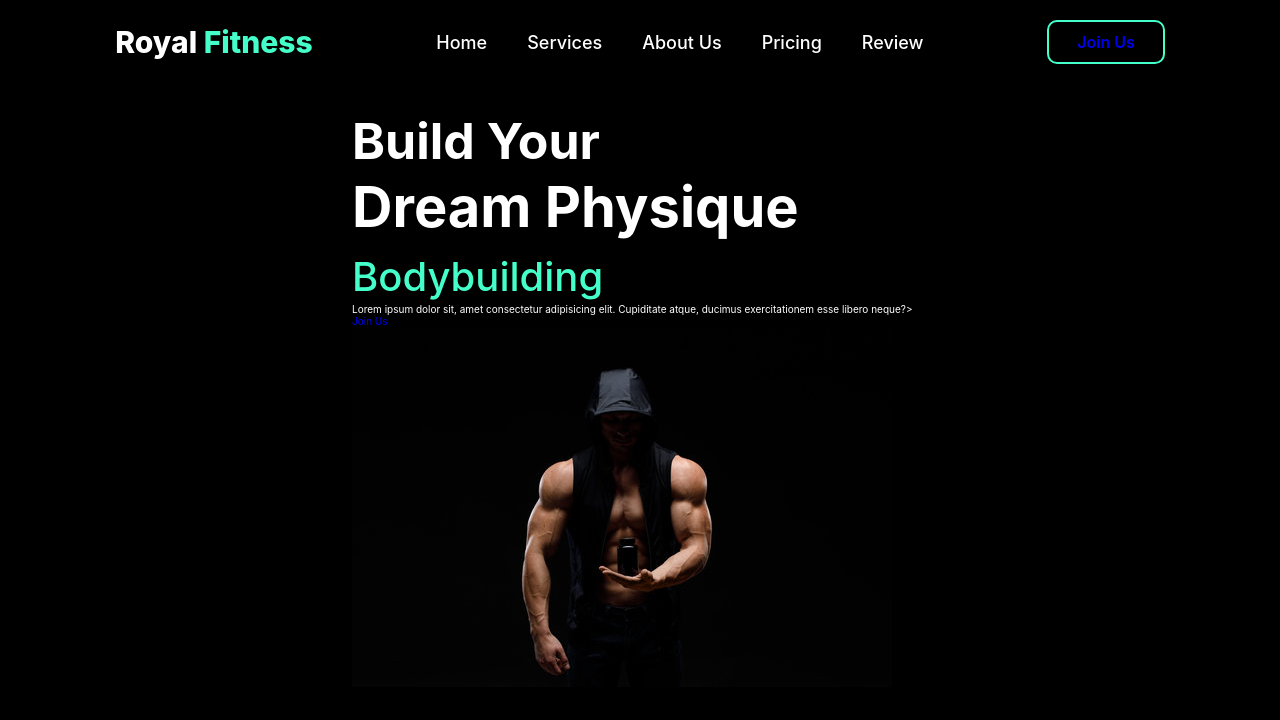
Repository: hawamubarakk/Gym-Website
Page: index.html
The author's editor kept a copy of each file at every save. The page is drawn from the files as they stood at one save, then again after the next save.
The browser window is 1280 px wide. The pictures show the whole page.

Above is the page before, as saved 2026-02-01 13:47:20.

### index.html
<!DOCTYPE html>
<html lang="en">
<head>
    <meta charset="UTF-8">
    <meta name="viewport" content="width=device-width, initial-scale=1.0">
    <link href='https://unpkg.com/boxicons@2.1.4/css/boxicons.min.css' rel='stylesheet'>
    <link rel="stylesheet" href="style.css">
    <title>Royal Fitness</title>
</head>
<body>
    <!-- Header section code -->
     <header>
        <a href="#home" class = "logo">Royal <span>Fitness</span></a>

        <div class='bx bx-menu' id="menu-icon"></div>
        <ul class="navbar">
            <li><a href="#home">Home</a></li>
            <li><a href="#services">Services</a></li>
            <li><a href="#about">About Us</a></li>
            <li><a href="#plans">Pricing</a></li>
            <li><a href="#review">Review</a></li>
        </ul>

        <div class="top-btn">
            <a href="#" class = "nav-btn">Join Us</a>
        </div>
     </header>

     <!-- Home Section Code-->

     <section class = "home" id="home">
        <div class="home-content">

            <h3>Build Your</h3>
            <h1>Dream Physique</h1>
            <h3><span class = "multiple-text">Bodybuilding</span></h3>

            <p>Lorem ipsum dolor sit, amet consectetur adipisicing elit. Cupiditate atque, ducimus exercitationem esse libero neque?></p>

            <a href="#" class="btn">Join Us</a>

            <div class="home-img">
                <img src="Images/image 9.jpg" alt="Hero Image">
            </div>
        </div>
     </section>
</body>
</html>

### style.css
* {
    margin: 0;
    padding: 0;
    box-sizing: border-box;
    text-decoration: none;
    list-style: none;
    border: none;
    outline: none;
    scroll-behavior: smooth;
    font-family: -apple-system, sans-serif;
}

:root {
    --bg-color: #000;
    --snd-bg-color: #111;
    --text-color: #fff;
    --main-color: #45ffca;
}

html {
    font-size: 62.5%;
    overflow-x: hidden;
}

body {
    background: var(--bg-color);
    color: var(--text-color);
}

section {
    min-height: 100vh;
    padding: 10rem 8% 2rem;
}

/* Header section code */

header {
    position: fixed;
    width: 100%;
    top: 0;
    right: 0;
    z-index: 1000;
    display: flex;
    justify-content: space-between;
    align-items: center;
    padding: 2rem 9%;
    background: rgba(0, 0, 0, 0.5);
    backdrop-filter: blur(10px);
    transition: all 0.5s ease;
}

.logo {
    font-size: 3rem;
    color: var(--text-color);
    font-weight: 800;
    cursor: pointer;
    transition: 0.3s ease-in-out;
}

.logo:hover {
    transform: scale(1.1);
}

span {
    color: var(--main-color);
}

.navbar {
    display: flex;
    gap: 4rem;
}
.navbar a {
    font-size: 1.8rem;
    font-weight: 500;
    color: var(--text-color);
    margin-left: 0;
    transition: all 0.5s ease;
    border-bottom: 3px solid transparent;
}

.navbar a:hover,
.navbar a.active {
    color: var(--main-color);
    border-bottom: 3px solid var(--main-color);
}

.nav-btn {
    display: inline-block;
    padding: 1rem 2.8rem;
    background: transparent;
    color: var(--main color);
    border: 2px solid var(--main-color);
    border-radius: 1rem;
    font-size: 1.6rem;
    font-weight: 600;
    transition: all 0.5s ease;

}

.nav-btn:hover {
    background: var(--main-color);
    color: var(--text-color);
    box-shadow: 0 0 18px var(--main-color);
}

#menu-icon {
    font-size: 3.6rem;
    color: var(--main-color);
    cursor: pointer;
    display: none;

}

/* Home section code*/

.home {
    display: flex;
    justify-content: center;
    align-items: center;
}

.home-content h3 {
    font-size: 5rem;
    font-weight: 700
}

.home-content span {
    font-size: 4rem;
    font-weight: 550;

}
span {
    color: var(--main-color);
}

.home-content h1 {
    font-size: 5.6rem;
    font-weight: 700;
    line-height: 1.3;
}

.home-img {
    width: 45vw;
    position: relative;
}
.home-img ::before {
    content: 'FITNESS';
    position: absolute;
    top: 10%;
    left: 50%;
    transform: translateX(-50%);
    font-size: 20rem;
    font-weight: 400;
    line-height: 20rem;
    color: var(--text-color);
    opacity: 0.1;
    z-index: -1;
}

After the next save:
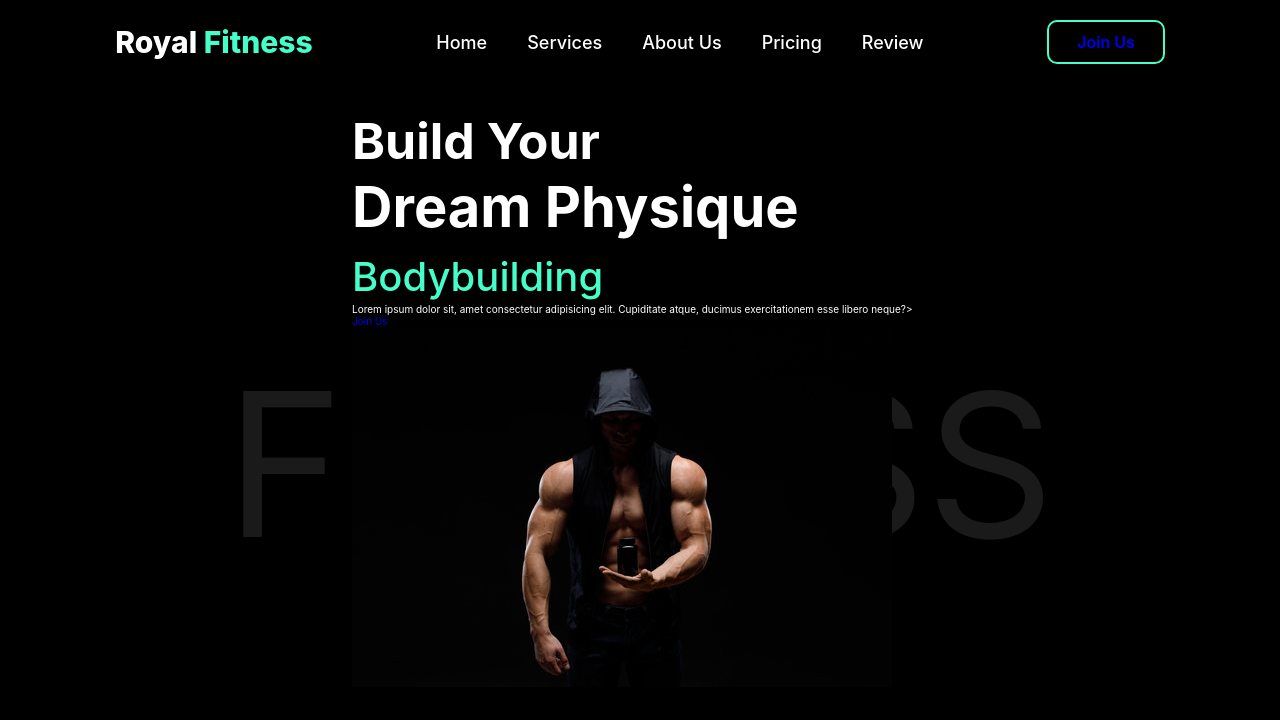
Saved 93 s later.
--- a/style.css
+++ b/style.css
@@ -143,7 +143,7 @@
     width: 45vw;
     position: relative;
 }
-.home-img ::before {
+.home-img::before {
     content: 'FITNESS';
     position: absolute;
     top: 10%;
